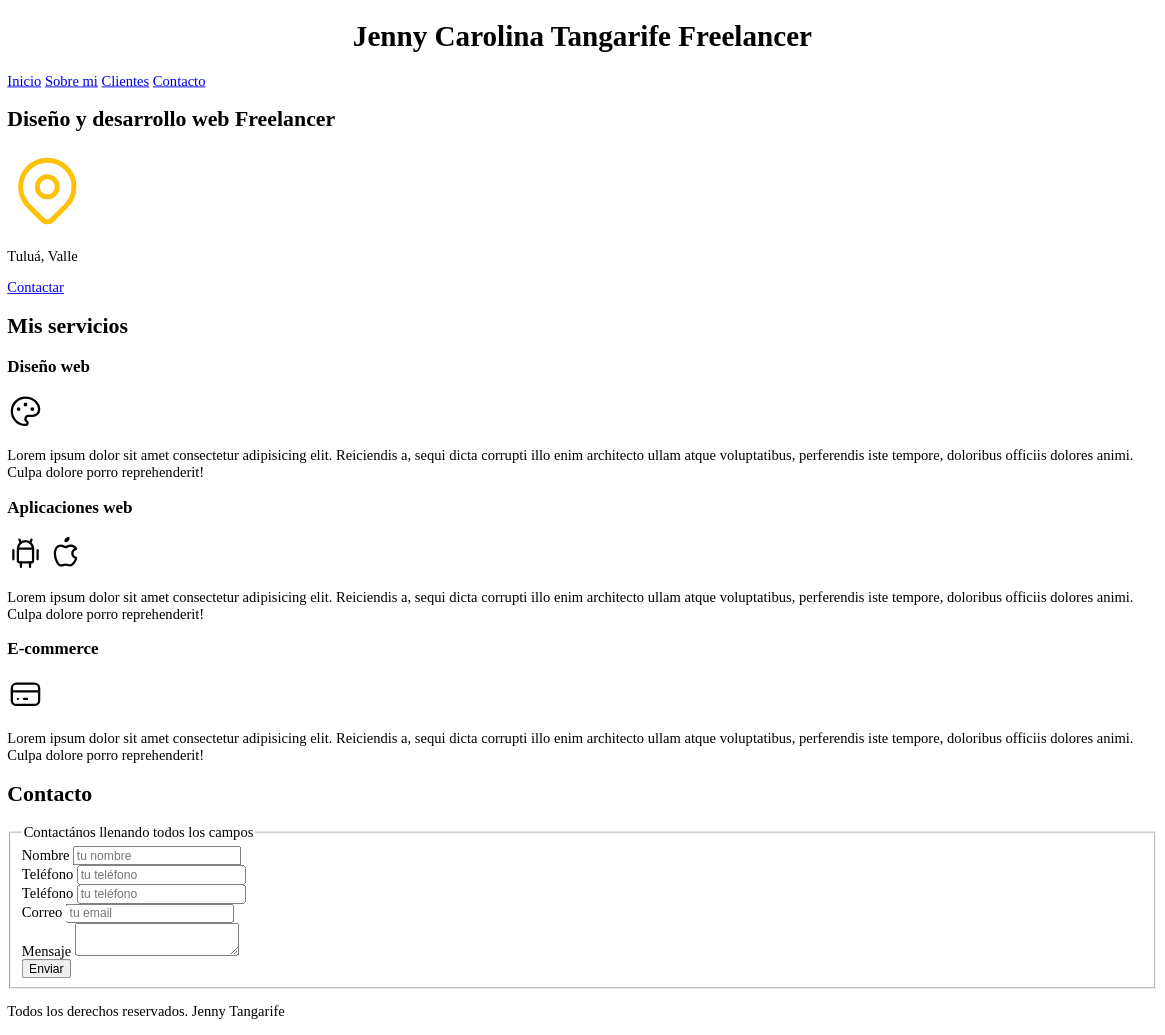
Repository: Jenny980/Sitio-freelancer
Page: index.html
The author's editor kept a copy of each file at every save. The page is drawn from the files as they stood at one save, then again after the next save.
The browser window is 1280 px wide. The pictures show the whole page, at 91% of full size.

Above is the page before, as saved 2023-01-28 13:57:17.

### index.html
<!DOCTYPE html>
<html lang="en">
<head>
    <meta charset="UTF-8">
    <meta http-equiv="X-UA-Compatible" content="IE=edge">
    <meta name="viewport" content="width=device-width, initial-scale=1.0">
    <title>Diseñador Freelancer</title>
    <style>
        h1 {
            text-align: center;
        }
    </style>
</head>
<body>
    <header>
        <h1>Jenny Carolina Tangarife Freelancer</h1>
    </header>

    <nav>
        <a href="#">Inicio</a>
        <a href="#">Sobre mi</a>
        <a href="#">Clientes</a>
        <a href="#">Contacto</a>
    </nav>


    <section>
        <h2>Diseño y desarrollo web Freelancer</h2>

        <svg xmlns="http://www.w3.org/2000/svg" class="icon icon-tabler icon-tabler-map-pin" width="88" height="88" viewBox="0 0 24 24" stroke-width="1.5" stroke="#FFC107" fill="none" stroke-linecap="round" stroke-linejoin="round">
            <path stroke="none" d="M0 0h24v24H0z" fill="none"/>
            <circle cx="12" cy="11" r="3" />
            <path d="M17.657 16.657l-4.243 4.243a2 2 0 0 1 -2.827 0l-4.244 -4.243a8 8 0 1 1 11.314 0z" />
        </svg>

        <p>Tuluá, Valle</p>
        <a href="#">Contactar</a>
    </section>


    <main>
        <h2>Mis servicios</h2>

        <section>
            <h3>Diseño web</h3>
            <svg xmlns="http://www.w3.org/2000/svg" class="icon icon-tabler icon-tabler-palette" width="40" height="40" viewBox="0 0 24 24" stroke-width="1.5" stroke="#000000" fill="none" stroke-linecap="round" stroke-linejoin="round">
                <path stroke="none" d="M0 0h24v24H0z" fill="none"/>
                <path d="M12 21a9 9 0 1 1 0 -18a9 8 0 0 1 9 8a4.5 4 0 0 1 -4.5 4h-2.5a2 2 0 0 0 -1 3.75a1.3 1.3 0 0 1 -1 2.25" />
                <circle cx="7.5" cy="10.5" r=".5" fill="currentColor" />
                <circle cx="12" cy="7.5" r=".5" fill="currentColor" />
                <circle cx="16.5" cy="10.5" r=".5" fill="currentColor" />
            </svg>
            <p>Lorem ipsum dolor sit amet consectetur adipisicing elit. Reiciendis a, sequi dicta corrupti illo enim
                architecto ullam atque voluptatibus, perferendis iste tempore, doloribus officiis dolores animi.
                Culpa dolore porro reprehenderit!</p>
        </section>

        <section>
            <h3>Aplicaciones web</h3>
            <svg xmlns="http://www.w3.org/2000/svg" class="icon icon-tabler icon-tabler-brand-android" width="40" height="40" viewBox="0 0 24 24" stroke-width="1.5" stroke="#000000" fill="none" stroke-linecap="round" stroke-linejoin="round">
                <path stroke="none" d="M0 0h24v24H0z" fill="none"/>
                <line x1="4" y1="10" x2="4" y2="16" />
                <line x1="20" y1="10" x2="20" y2="16" />
                <path d="M7 9h10v8a1 1 0 0 1 -1 1h-8a1 1 0 0 1 -1 -1v-8a5 5 0 0 1 10 0" />
                <line x1="8" y1="3" x2="9" y2="5" />
                <line x1="16" y1="3" x2="15" y2="5" />
                <line x1="9" y1="18" x2="9" y2="21" />
                <line x1="15" y1="18" x2="15" y2="21" />
            </svg>
            <svg xmlns="http://www.w3.org/2000/svg" class="icon icon-tabler icon-tabler-brand-apple" width="40" height="40" viewBox="0 0 24 24" stroke-width="1.5" stroke="#000000" fill="none" stroke-linecap="round" stroke-linejoin="round">
                <path stroke="none" d="M0 0h24v24H0z" fill="none"/>
                <path d="M9 7c-3 0 -4 3 -4 5.5c0 3 2 7.5 4 7.5c1.088 -.046 1.679 -.5 3 -.5c1.312 0 1.5 .5 3 .5s4 -3 4 -5c-.028 -.01 -2.472 -.403 -2.5 -3c-.019 -2.17 2.416 -2.954 2.5 -3c-1.023 -1.492 -2.951 -1.963 -3.5 -2c-1.433 -.111 -2.83 1 -3.5 1c-.68 0 -1.9 -1 -3 -1z" />
                <path d="M12 4a2 2 0 0 0 2 -2a2 2 0 0 0 -2 2" />
            </svg>
            <p>Lorem ipsum dolor sit amet consectetur adipisicing elit. Reiciendis a, sequi dicta corrupti illo enim
                architecto ullam atque voluptatibus, perferendis iste tempore, doloribus officiis dolores animi.
                Culpa dolore porro reprehenderit!</p>
        </section>

        <section>
            <h3>E-commerce</h3>
            <svg xmlns="http://www.w3.org/2000/svg" class="icon icon-tabler icon-tabler-credit-card" width="40" height="40" viewBox="0 0 24 24" stroke-width="1.5" stroke="#000000" fill="none" stroke-linecap="round" stroke-linejoin="round">
                <path stroke="none" d="M0 0h24v24H0z" fill="none"/>
                <rect x="3" y="5" width="18" height="14" rx="3" />
                <line x1="3" y1="10" x2="21" y2="10" />
                <line x1="7" y1="15" x2="7.01" y2="15" />
                <line x1="11" y1="15" x2="13" y2="15" />
            </svg>
            <p>Lorem ipsum dolor sit amet consectetur adipisicing elit. Reiciendis a, sequi dicta corrupti illo enim
                architecto ullam atque voluptatibus, perferendis iste tempore, doloribus officiis dolores animi.
                Culpa dolore porro reprehenderit!</p>
        </section>

    </main>

    <section>
        <h2>Contacto</h2>
        <form>
            <fieldset>
                <legend>Contactános llenando todos los campos</legend>

                <div>
                    <label>Nombre</label>
                    <input type="text" placeholder="tu nombre">
                </div>

                <div>
                    <label>Teléfono</label>
                    <input type="tel" placeholder="tu teléfono">
                </div>

                <div>
                    <label>Teléfono</label>
                    <input type="tel" placeholder="tu teléfono">
                </div>

                <div>
                    <label>Correo</label>
                    <input type="email" placeholder="tu email">
                </div>

                <div>
                    <label>Mensaje</label>
                    <textarea></textarea>
                </div>

                <div>
                    <input type="submit" value="Enviar">
                </div>

            </fieldset>
        </form>
    </section>

    <footer>
        <p>Todos los derechos reservados. Jenny Tangarife</p>
    </footer>

</body>
</html>

After the next save:
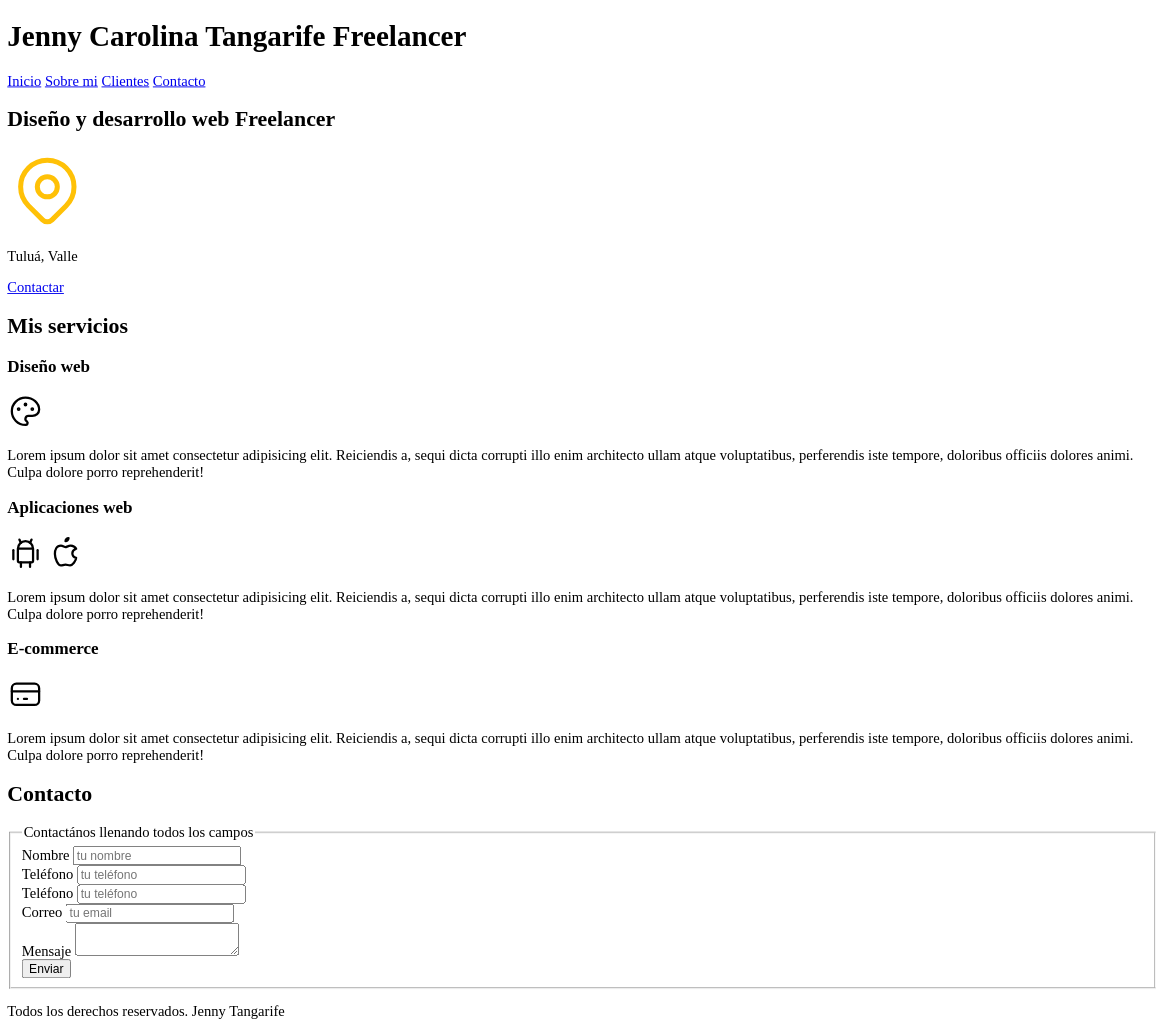
Saved 27 s later.
--- a/index.html
+++ b/index.html
@@ -5,11 +5,7 @@
     <meta http-equiv="X-UA-Compatible" content="IE=edge">
     <meta name="viewport" content="width=device-width, initial-scale=1.0">
     <title>Diseñador Freelancer</title>
-    <style>
-        h1 {
-            text-align: center;
-        }
-    </style>
+
 </head>
 <body>
     <header>
